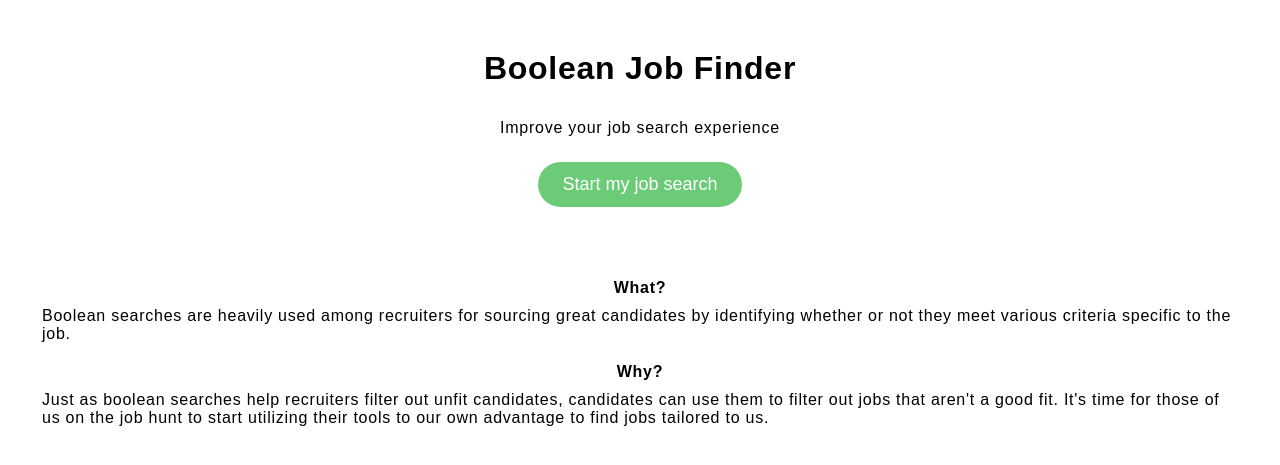
Repository: Rthompson2548/boolean-job-searcher
Page: /
The author's editor kept a copy of each file at every save. The page is drawn from the files as they stood at one save, then again after the next save.
The browser window is 1280 px wide. The pictures show the whole page.
The project was rebuilt for these pictures with package versions that can differ from the ones it lists, and the page was loaded fresh each time.

Above is the page before, as saved 2022-04-05 14:08:20.

After the next save:
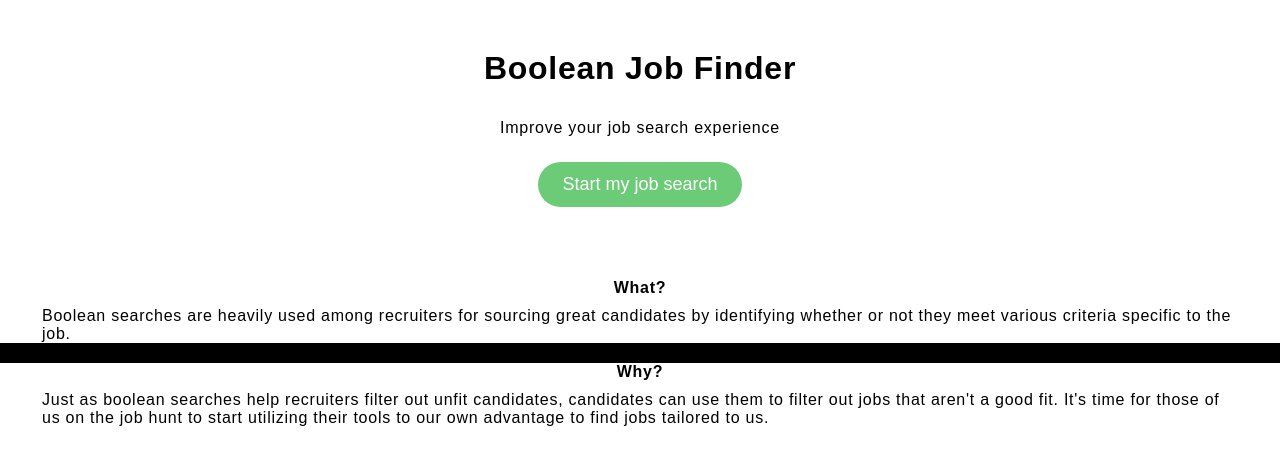
Saved 5 s later.
--- a/src/styles.css
+++ b/src/styles.css
@@ -43,7 +43,7 @@ h3 {
 }
 
 .what-why {
-  background-color: #00;
+  background-color: #000;
 }
 
 .what-why p {
